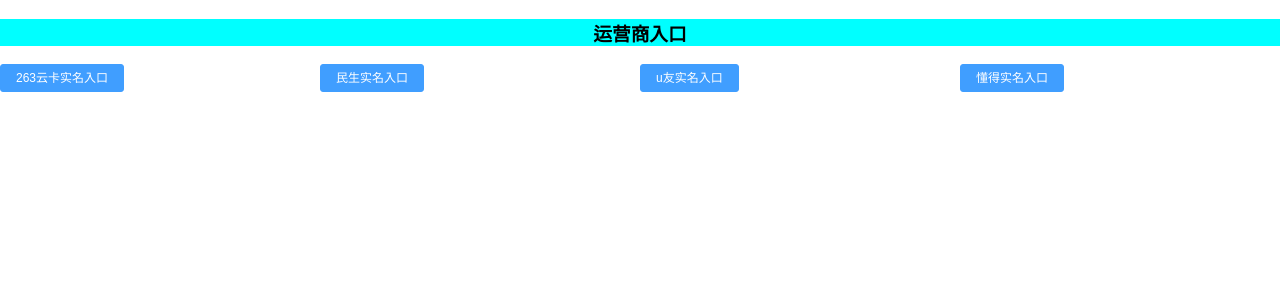
Repository: cmlsir1024/index-test
Page: index.html
An editor plug-in stored every save of this project. The page is shown before and after the next save, followed by the edit.
The browser window is 1280 px wide. The pictures show the whole page.

Above is the page before, as saved 2023-10-11 12:30:34.

### index.html
<!DOCTYPE html>
<html lang="en">
  <head>
    <meta charset="UTF-8" />
    <meta http-equiv="X-UA-Compatible" content="IE=edge" />
    <meta name="viewport" content="width=device-width, initial-scale=1.0" />

    <title>运营商入口</title>
    <script src="./js/vue.js"></script>
    <!-- 引入样式 -->
    <!-- <link rel="stylesheet" href="https://unpkg.com/element-ui/lib/theme-chalk/index.css" /> -->
    <!-- 引入组件库 -->
    <!-- <script src="https://unpkg.com/element-ui/lib/index.js"></script> -->
    <!-- <script src="./js/vue.js"></script> -->
    <!-- 引入样式 -->
    <link rel="stylesheet" href="./css/element-ui.css" />
    <!-- 引入组件库 -->
    <script src="./js/element-ui.js"></script>
    <style>
      html,
      body {
        margin: 0px;
        padding: 0px;
        overflow: hidden;
        /* background-color: #5e95dd; */
      }

      .tag {
        width: 60px;
        height: 30px;
        background: #a5bbd8;
        word-wrap: break-word;
        font-size: 12px;
        pointerevents: none;
      }

      .table-man {
        position: absolute;
        right: 10px;
        top: 0px;
        z-index: 999 !important;
      }

      /*最外层透明*/
      .el-table,
      .el-table__expanded-cell {
        /* background-color: transparent; */
        background-color: rgba(255, 255, 255, 0.5);
      }

      /* 表格内背景颜色 */
      .el-table th,
      .el-table tr,
      .el-table td {
        /* background-color: rgba(94, 150, 223); */
      }

      .el-dropdown-link {
        cursor: pointer;
        color: #ffffff;
        font-size: 16px;
      }

      .el-icon-arrow-down {
        font-size: 16px;
      }

      .ListCss {
        margin-top: 10px;
        margin-bottom: 10px;
        /* width: 100%; */
        display: flex;
        justify-content: flex-end;
      }

      .ist-add {
      }
      .icolor {
        color: chartreuse;
      }
      .xiacolor {
        color: dimgrey;
      }

      /* .buttonCss {
      margin-left: 50%;
    } */
      .el-table tr {
        background-color: transparent;
      }
      .box {
        justify-content: center;
      }
      .buttons {
        margin-bottom: 5px;
      }
    </style>
  </head>

  <body>
    <div id="app">
      <h3 style="background-color: aqua; text-align: center">运营商入口</h3>
      <div class="box">
        <el-row>
          <el-col :span="6" v-for="item in dataList">
            <el-button
              class="buttons"
              size="mini"
              @click="handleInfo(item.url)"
              type="primary"
            >
              {{item.name}}
            </el-button>
          </el-col>
        </el-row>

        <el-dialog
          title="扫码进入入口"
          :visible.sync="dialogVisible"
          width="80%"
        >
          <el-image
            style="width: 100px; height: 100px"
            :src="jpgList"
          ></el-image>
          <span slot="footer" class="dialog-footer">
            <el-button @click="dialogVisible = false">取 消</el-button>
            <el-button type="primary" @click="dialogVisible = false">
              确 定
            </el-button>
          </span>
        </el-dialog>
      </div>
    </div>
  </body>

  <script>
    var vm = new Vue({
      el: "#app",

      data: function () {
        return {
          radio1: "",
          dataList: [
            { name: "263云卡实名入口", id: 1, url: "./asstas/1.jpg" },
            { name: "民生实名入口", id: 2, url: "./asstas/2.jpg" },
            { name: "u友实名入口", id: 3, url: "./asstas/3.jpg" },
            { name: "懂得实名入口", id: 4, url: "./asstas/4.jpg" },
          ],
          dialogVisible: false,
          jpgList: "",
        };
      },
      created: function () {},
      mounted: function () {},
      methods: {
        handleInfo(str) {
          console.log(str);
          this.jpgList = str;
          this.dialogVisible = true;
        },
      },
    });
  </script>
</html>

Loaded but not shown: js/vue.js (library); css/element-ui.css (library); js/element-ui.js (library)

After the next save:
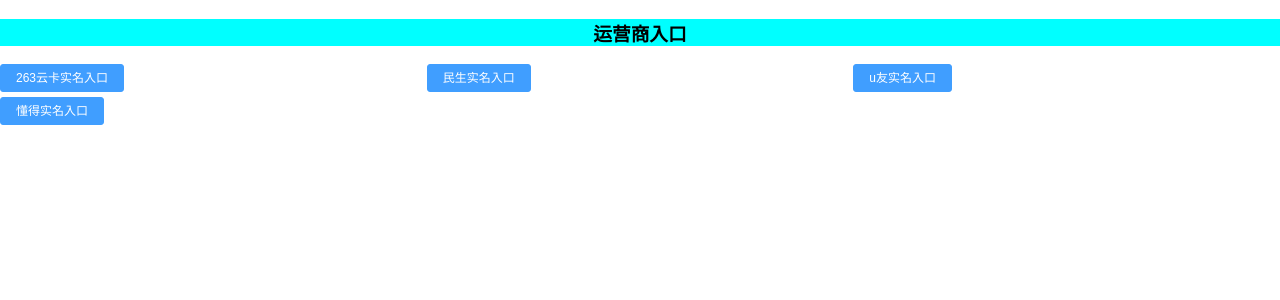
Saved 8 s later.
--- a/index.html
+++ b/index.html
@@ -102,7 +102,7 @@
       <h3 style="background-color: aqua; text-align: center">运营商入口</h3>
       <div class="box">
         <el-row>
-          <el-col :span="6" v-for="item in dataList">
+          <el-col :span="8" v-for="item in dataList">
             <el-button
               class="buttons"
               size="mini"
